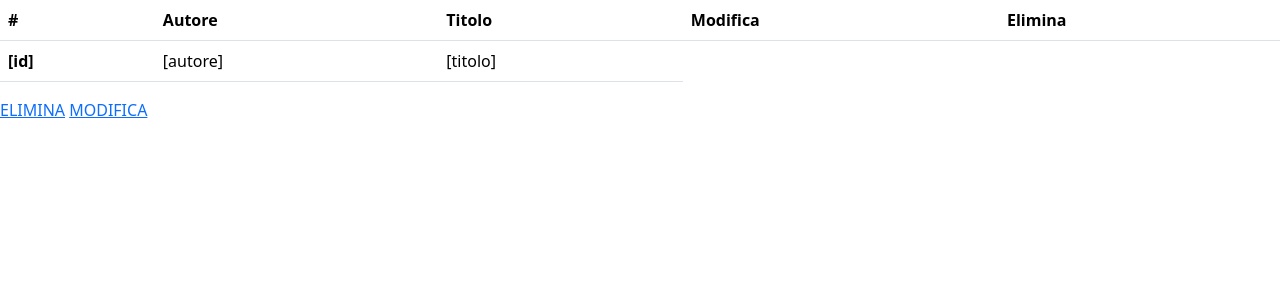
Repository: foferys/DynamicWebProject_DAOLibri_Mappe
Page: DynamicWebProject_DAOLibri_Mappe/WebContent/viste/templatelibro.html
An editor plug-in stored every save of this project. The page is shown before and after the next save, followed by the edit.
The browser window is 1280 px wide. The pictures show the whole page.

Above is the page before, as saved 2024-06-25 09:30:40.

### DynamicWebProject_DAOLibri_Mappe/WebContent/viste/templatelibro.html
<!--	Questo file si occuper� di graficare ogni singolo libro. Il codice che scriviamo � in html quindi non abbiamo bisogno
		di concatenare o roba simile perch� gli spazi verranno letti come tali dal browser.
		Possiamo mettere in risalto alcuni pezzi della stampa attraverso il tag <b> che sta per "grassetto".
		Esiste anche il tag <u> (underline) oppure <i> (italic, corsivo) e tutti gli altri che determinano la formattazione
		testuale.

 -->
 <!DOCTYPE html>
<html>
	<head>
		<meta charset="UTF-8">
		<title>Elenco libri</title>
	</head>
    <link href="https://cdn.jsdelivr.net/npm/bootstrap@5.3.3/dist/css/bootstrap.min.css" rel="stylesheet" integrity="sha384-QWTKZyjpPEjISv5WaRU9OFeRpok6YctnYmDr5pNlyT2bRjXh0JMhjY6hW+ALEwIH" crossorigin="anonymous">

	<body>
		<table class="table">
		  <thead>
		    <tr>
		      <th scope="col">#</th>
		      <th scope="col">Autore</th>
		      <th scope="col">Titolo</th>
            	<th scope="col">Modifica</th>
               <th scope="col">Elimina</th>
		    </tr>
		  </thead>
		  <tbody>
		    <tr>
		      <th scope="row">[id]</th>
		      <td>[autore]</td>
		      <td>[titolo]</td>
		    </tr>
		  </tbody>
		</table>


		<!--  [id] [autore] <b>[titolo]</b>-->
		<a href="http://localhost:8080/DynamicWebProject_DAOLibri_Mappe/Index?comando=eliminalibro&id=[id]">ELIMINA</a>
		<a href="http://localhost:8080/DynamicWebProject_DAOLibri_Mappe/Index?comando=formmodificalibro&id=[id]">MODIFICA</a>


    	<script src="https://cdn.jsdelivr.net/npm/bootstrap@5.3.3/dist/js/bootstrap.bundle.min.js" integrity="sha384-YvpcrYf0tY3lHB60NNkmXc5s9fDVZLESaAA55NDzOxhy9GkcIdslK1eN7N6jIeHz" crossorigin="anonymous"></script>

	</body>
</html>

After the next save:
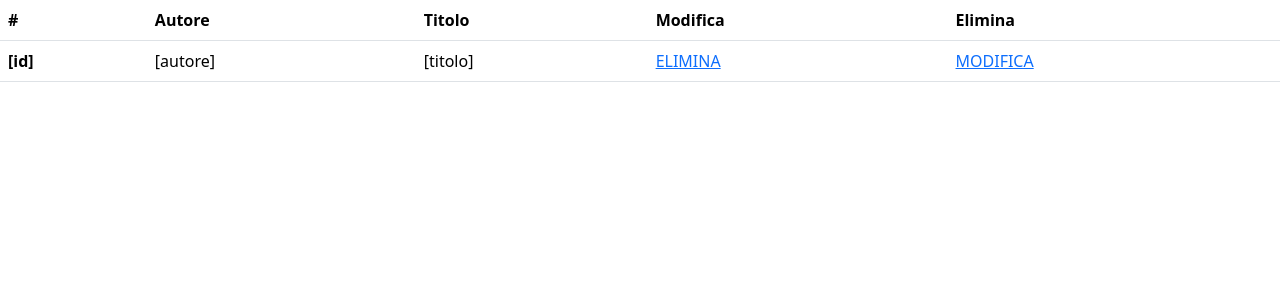
Saved 32 s later.
--- a/DynamicWebProject_DAOLibri_Mappe/WebContent/viste/templatelibro.html
+++ b/DynamicWebProject_DAOLibri_Mappe/WebContent/viste/templatelibro.html
@@ -29,14 +29,16 @@
 		      <th scope="row">[id]</th>
 		      <td>[autore]</td>
 		      <td>[titolo]</td>
+		      <td>		<a href="http://localhost:8080/DynamicWebProject_DAOLibri_Mappe/Index?comando=eliminalibro&id=[id]">ELIMINA</a> </td>
+		      <td><a href="http://localhost:8080/DynamicWebProject_DAOLibri_Mappe/Index?comando=formmodificalibro&id=[id]">MODIFICA</a></td>
+
 		    </tr>
 		  </tbody>
 		</table>
 
 
 		<!--  [id] [autore] <b>[titolo]</b>-->
-		<a href="http://localhost:8080/DynamicWebProject_DAOLibri_Mappe/Index?comando=eliminalibro&id=[id]">ELIMINA</a>
-		<a href="http://localhost:8080/DynamicWebProject_DAOLibri_Mappe/Index?comando=formmodificalibro&id=[id]">MODIFICA</a>
+
 
 
     	<script src="https://cdn.jsdelivr.net/npm/bootstrap@5.3.3/dist/js/bootstrap.bundle.min.js" integrity="sha384-YvpcrYf0tY3lHB60NNkmXc5s9fDVZLESaAA55NDzOxhy9GkcIdslK1eN7N6jIeHz" crossorigin="anonymous"></script>
